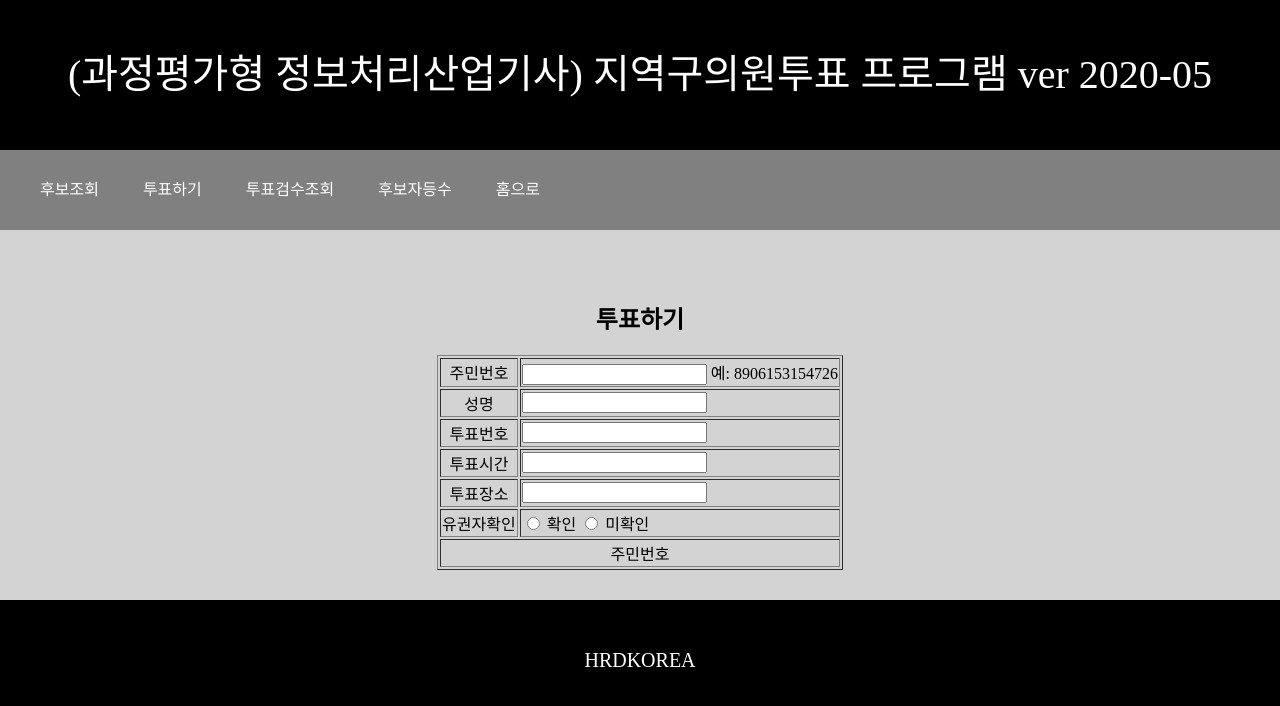
Repository: junhee97/-
Page: http://localhost/HRD_03/vote.jsp
An editor plug-in stored every save of this project. The page is shown before and after the next save, followed by the edit.
The browser window is 1280 px wide. The pictures show the whole page.
The page is served by Tomcat 9.

Above is the page before, as saved 2025-08-14 12:41:15.

### HRD_03/WebContent/vote.jsp
<%@ page language="java" contentType="text/html; charset=UTF-8"
    pageEncoding="UTF-8"%>
<!DOCTYPE html PUBLIC "-//W3C//DTD HTML 4.01 Transitional//EN" "http://www.w3.org/TR/html4/loose.dtd">
<html>
<head>
<meta http-equiv="Content-Type" content="text/html; charset=UTF-8">
<title>Insert title here</title>
</head>
<body>

<jsp:include page="header.jsp"></jsp:include>

<section style="position: fixed; top: 230px; left: 0px; width: 100%; height: 100%; background-color: lightgray;">
<h2 style="text-align: center; padding-top: 50px;">투표하기</h2>

<form style = "display: flex; align-items: center; justify-content: center; ">
	<table border = "1">
		<tr>
			<td style = "text-align: center;">주민번호</td>
			<td>
				<input type = "text"> 예: 8906153154726
			</td>
		</tr>
		<tr>
			<td style = "text-align: center;">성명</td>
			<td>
				<input type = "text">
			</td>
		</tr>
		<tr>
			<td style = "text-align: center;">투표번호</td>
			<td>
				<input type = "">
			</td>
		</tr>
		<tr>
			<td style = "text-align: center;">투표시간</td>
			<td>
				<input type = "text">
			</td>
		</tr>
		<tr>
			<td style = "text-align: center;">투표장소</td>
			<td>
				<input type = "text">
			</td>
		</tr>
		<tr>
			<td style = "text-align: center;">유권자확인</td>
			<td>
				<input type = "radio"> 확인
				<input type = "radio"> 미확인
			</td>
		</tr>
		<tr>
			<td colspan="2" style = "text-align: center;">주민번호</td>
		</tr>
	</table>
</form>

</section>

<jsp:include page="footer.jsp"></jsp:include>


</body>
</html>

### HRD_03/WebContent/header.jsp
<%@ page language="java" contentType="text/html; charset=UTF-8"
    pageEncoding="UTF-8"%>
<!DOCTYPE html PUBLIC "-//W3C//DTD HTML 4.01 Transitional//EN" "http://www.w3.org/TR/html4/loose.dtd">
<html>
<head>
<meta http-equiv="Content-Type" content="text/html; charset=UTF-8">
<title>Insert title here</title>

<style>
	a{
		text-decoration: none;
		color: white;
	}
</style>

</head>
<body>

	<header style="position:fixed; top:0px; left:0px; width:100%; height: 150px; line-height: 150px; background-color: black; color: white; text-align: center; font-size: 40px;">
		(과정평가형 정보처리산업기사) 지역구의원투표 프로그램 ver 2020-05
	</header>

	<nav style="position: fixed; top: 150px; left: 0px; width: 100%; height: 80px; line-height: 80px; background-color: gray; padding-left: 40px;">
		<a href="m_list.jsp">후보조회</a> &nbsp; &nbsp; &nbsp; &nbsp; &nbsp;
		<a href="vote.jsp">투표하기</a> &nbsp; &nbsp; &nbsp; &nbsp; &nbsp;
		<a href="v_list.jsp">투표검수조회</a> &nbsp; &nbsp; &nbsp; &nbsp; &nbsp;
		<a href="rank.jsp">후보자등수</a> &nbsp; &nbsp; &nbsp; &nbsp; &nbsp;
		<a href="index.jsp">홈으로</a>
	</nav>

</body>
</html>

### HRD_03/WebContent/footer.jsp
<%@ page language="java" contentType="text/html; charset=UTF-8"
    pageEncoding="UTF-8"%>
<!DOCTYPE html PUBLIC "-//W3C//DTD HTML 4.01 Transitional//EN" "http://www.w3.org/TR/html4/loose.dtd">
<html>
<head>
<meta http-equiv="Content-Type" content="text/html; charset=UTF-8">
<title>Insert title here</title>
</head>
<body>

	<footer style="position: fixed; bottom: 0px; left: 0px; width: 100%; height: 120px; line-height: 120px; text-align: center; background-color: black; color: white; font-size: 20px;">
		HRDKOREA
	</footer>

</body>
</html>

After the next save:
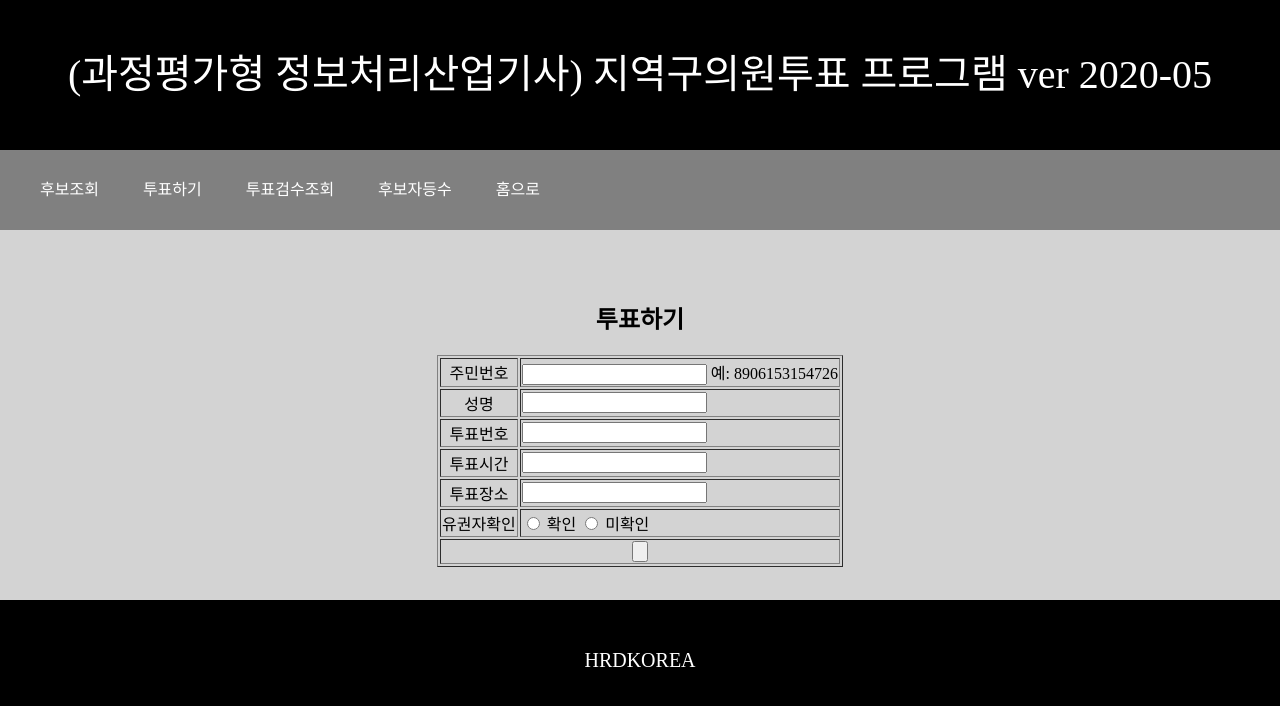
Saved 29 s later.
--- a/HRD_03/WebContent/vote.jsp
+++ b/HRD_03/WebContent/vote.jsp
@@ -53,7 +53,9 @@
 			</td>
 		</tr>
 		<tr>
-			<td colspan="2" style = "text-align: center;">주민번호</td>
+			<td colspan="2" style = "text-align: center;">
+				<input type = "button">
+			</td>
 		</tr>
 	</table>
 </form>
